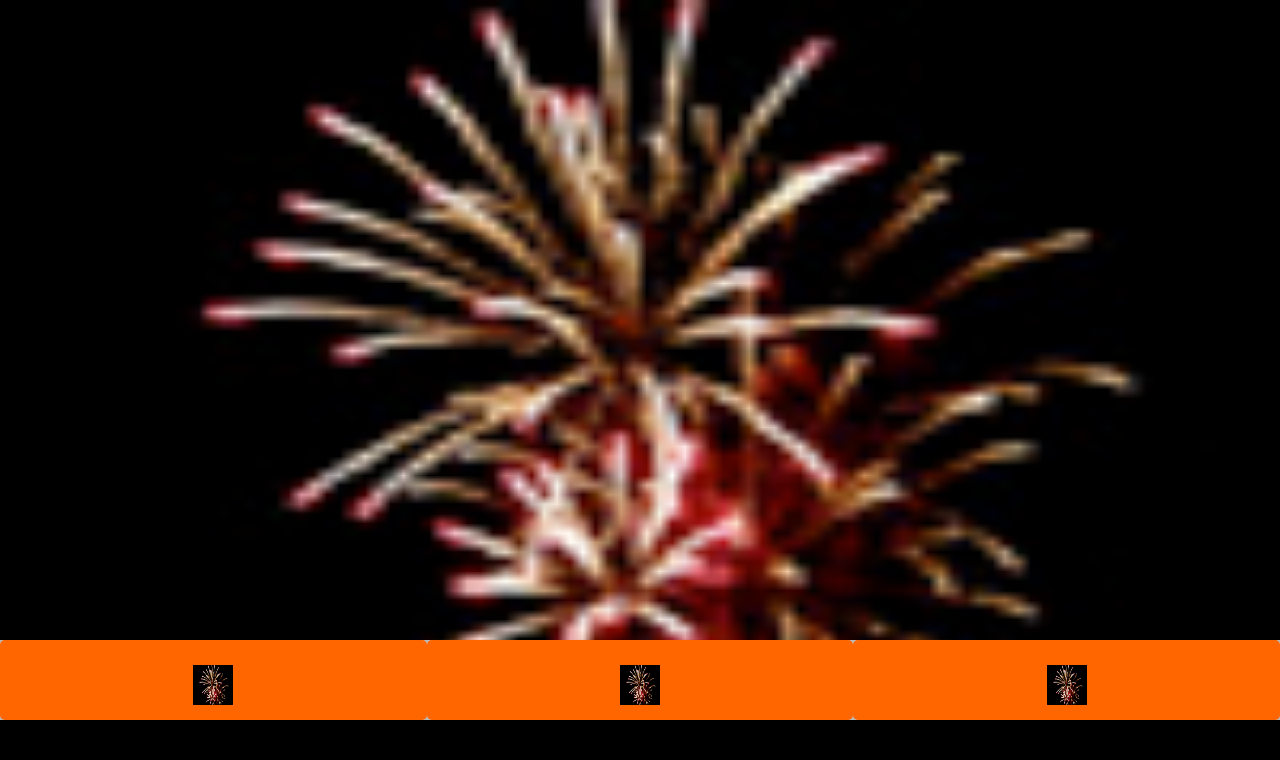
Repository: wangxinjun08231116/Html5Views
Page: WangXinJun/WebContent/htmls/QCF/shouye.html
These files come from the project's save history. The page is drawn as it stood at one moment and after the next save; the edit follows.
The browser window is 1280 px wide. The pictures show the whole page.

Above is the page before, as saved 2015-01-21 01:58:02.

### WangXinJun/WebContent/htmls/QCF/shouye.html
<!DOCTYPE HTML>
<html>
<head>
<meta http-equiv="Content-Type" content="text/html; charset=utf-8">
<title>test</title>
 <link href="/WangXinJun/css/QCF/shouye.css" rel="stylesheet" type="text/css"/>
</head>


<body>
<div class="container" >
        <img class = "image" src="/WangXinJun/images/js06/thumbnail_fireworks.jpg" >
</div>
<div class="btContainer" >
<div class="submit-btn" >
	<img class = "bottomImage" src="/WangXinJun/images/js06/thumbnail_fireworks.jpg" >
</div>
<div class="submit-btn" >
	<img class = "bottomImage" src="/WangXinJun/images/js06/thumbnail_fireworks.jpg" >
</div>
<div class="submit-btn" >
	<img class = "bottomImage" src="/WangXinJun/images/js06/thumbnail_fireworks.jpg" >
</div>


</div>
</body>
</html>

### WangXinJun/WebContent/css/QCF/shouye.css

* {margin:0;padding:0;}

html{
	height:100%;width:100%;
}
body {height:100%;width:100%;background:#000;
}

.container {width:100%;height:100%;background:#000;


}

.image{width:100%;height:100%;background:#ccc;}
.bottomImage{width:40px;height:40px;background:#ccc;}


.btContainer{width:100%;height:80px;background:#bbb;
position:absolute;
bottom:0px;
}

.submit-btn {
	position:relative;
	bottom:0px;
    height:100%;
    background-color: #f60;
    border-radius: 5px;
    color: #fff;
    font-size: 16px;
    font-weight: bold;
    width:33.33%;
    line-height:120px;
	float:right;
	color: #fff;
    font-size: 16px;
    text-align:center;

}

After the next save:
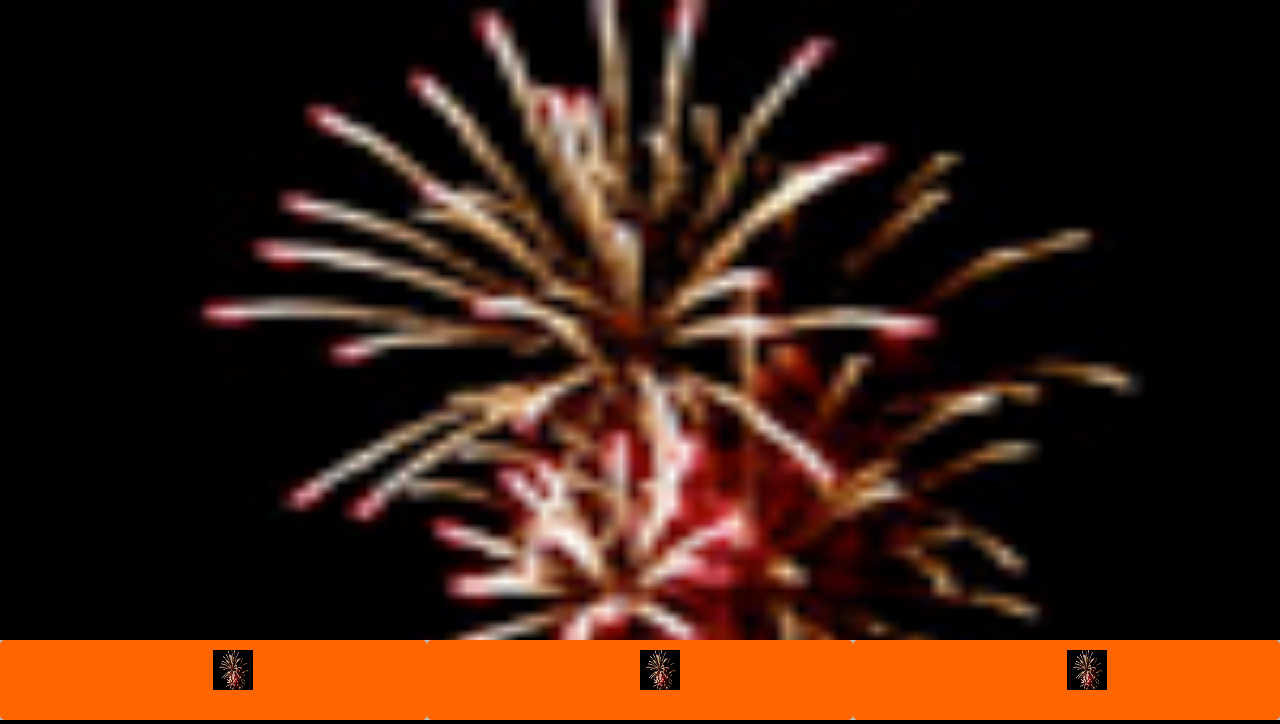
Saved 86 s later.
--- a/WangXinJun/WebContent/css/QCF/shouye.css
+++ b/WangXinJun/WebContent/css/QCF/shouye.css
@@ -13,7 +13,10 @@
 }
 
 .image{width:100%;height:100%;background:#ccc;}
-.bottomImage{width:40px;height:40px;background:#ccc;}
+.bottomImage{width:40px;height:40px;background:#ccc;
+	position:absolute;
+	top:10px;
+}
 
 
 .btContainer{width:100%;height:80px;background:#bbb;

After the save that followed:
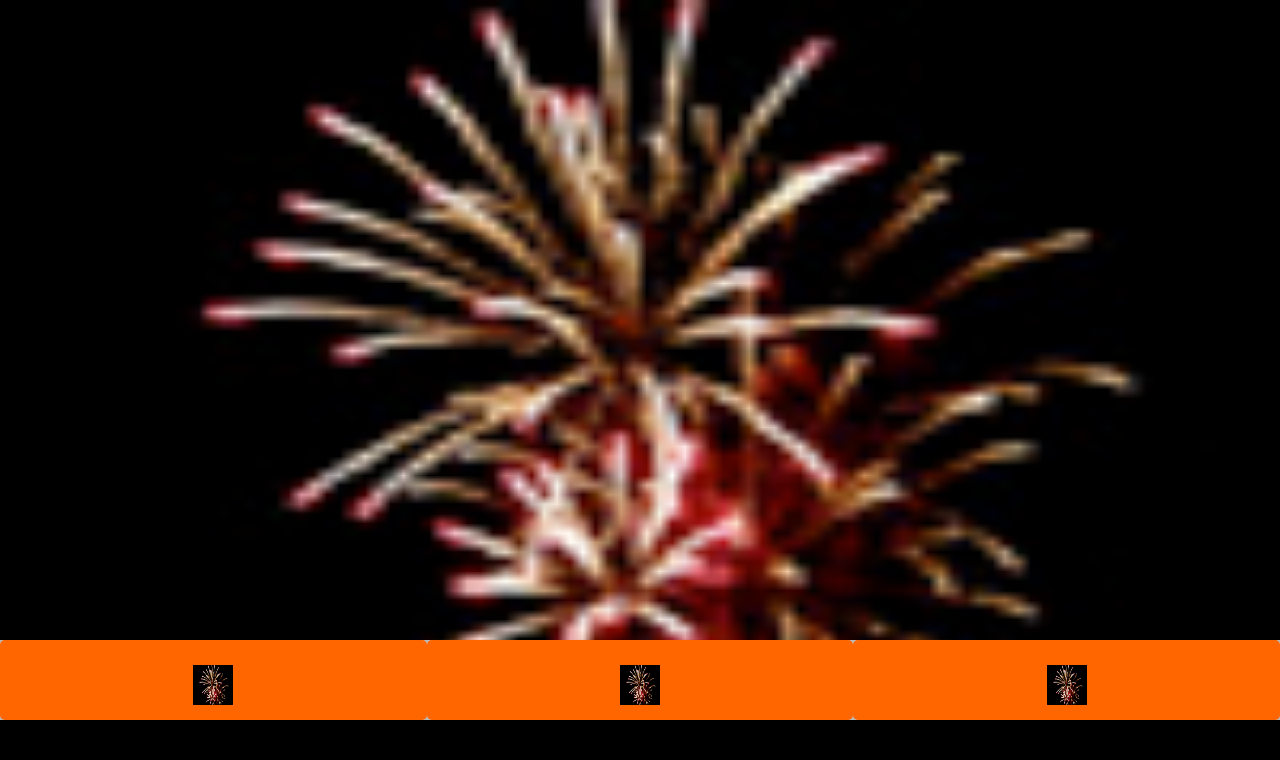
Saved 31 s later.
--- a/WangXinJun/WebContent/css/QCF/shouye.css
+++ b/WangXinJun/WebContent/css/QCF/shouye.css
@@ -14,7 +14,6 @@
 
 .image{width:100%;height:100%;background:#ccc;}
 .bottomImage{width:40px;height:40px;background:#ccc;
-	position:absolute;
 	top:10px;
 }
 
